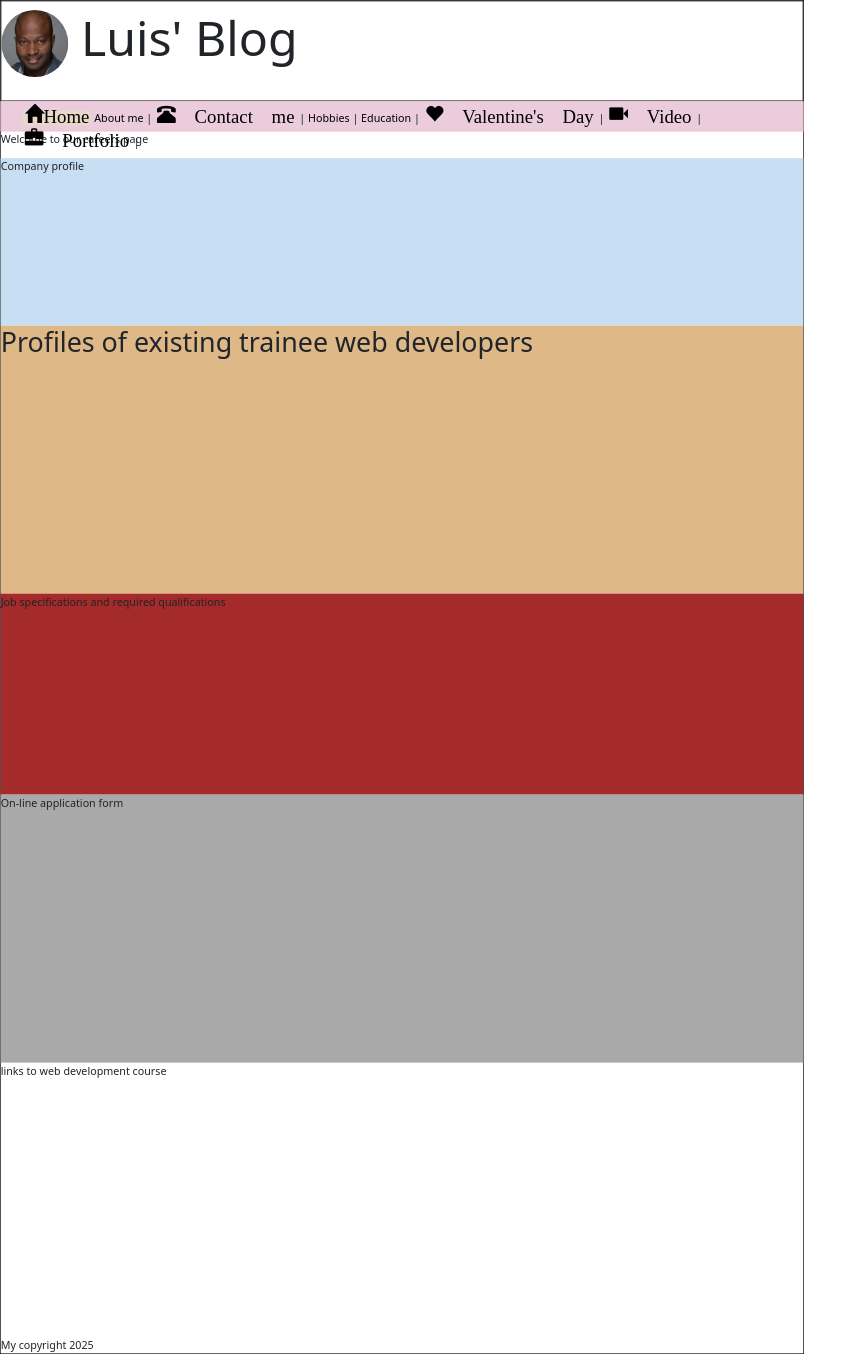
Repository: Apex-03/Apex-03.github.io
Page: careers.html
The author's editor kept a copy of each file at every save. The page is drawn from the files as they stood at one save, then again after the next save.
The browser window is 1280 px wide. The pictures show the whole page, at 67% of full size.

Above is the page before, as saved 2025-05-02 14:11:31.

### careers.html
<!doctype html>
<html lang="en-GB">

<head>
<meta charset="utf-8" />
<meta name="viewport" content="width=width-device, initial-scale=1 strink-to-fit=no" />
<meta description="Website development, Web design" />
<title>Luis's Blog </title>
<link rel="stylesheet" type="text/css" href="mycss/myblog.css" />
<script type="text/javascript" src="myjsfiles/mytasks.js"/> </script>

<link rel="stylesheet" type="text/css" href="my_bootstrap/css/bootstrap.min.css" />

<link rel="stylesheet" type="text/css" href="glyphicons-only-bootstrap/css/bootstrap.min.css" />

<script type="text/javascript" src="my_bootstrap/js/bootstrap.min.js" /> </script>

<script type="text/javascript" src="my_jquery/jquery-3.7.1.min.js" /> </script>




</head>
<body>
<div id="mypage">
<div id="banner"> <img src="images/luis_photo.jpg" alt="photo of Luis Ibhiabor" width="100" height="100"/> Luis' Blog</div>
<div id="topnav">
<ul>
<li class="hm"> <a href="#" class="glyphicon glyphicon-home gi-2x">Home</a></li>
<li> <a href="#"> About me </a> </li> |
<li> <a href="#" class="glyphicon glyphicon-phone-alt gi-2x"> Contact me </a> </li> |
<li> <a href="#"> Hobbies </a> </li> |
<li> <a href="#"> Education </a> </li> |
<li> <a href="#" class="glyphicon glyphicon-heart gi-2x"> Valentine's Day</a> </li> |
<li> <a href="#" class="glyphicon glyphicon glyphicon-facetime-video gi-2x"> Video </a> </li> |
<li> <a href="#" class="glyphicon glyphicon glyphicon-briefcase gi-2x"> Portfolio </a> </li> |


</ul>
</div>

<div id="contentarea">
<p> Welcome to our careers page</p>

<div class="company_profile"><p>Company profile</p></div>

<div class="current_trainees"><h1>Profiles of existing trainee web developers</h1></div>

<div class="job_spec"><p>Job specifications and required qualifications</p></div>
<div class="application_form"><p>On-line application form</p></div>

<div class="our_courses"><p>links to web development course</p></div>

 </div>

<div id="pagefooter"> My copyright 2025 </div>

</div>
</body>
</html>

### mycss/myblog.css

body {
background-color: #fff;
font-family: Arial, Helvetica, sans-serif;
}

#mypage {
border: 1px solid #000;
width: 1200px;
}

#banner {
height: 150px;
border: 1px solid #000;
}

#topnav {
height: 45px;
border: 1px solid #edbcca;
}

/*Improving it starts here*/
#topnav {
background-color: #eaccdc;

}

.gi-2x{font-size: 28px; padding: 3px;}
.gi-3x{font-size: 3em;}
.gi-4x{font-size: 4em;}
.gi-5x{font-size: 5em;}


#banner img {
border-radius: 50%;

/*height: 100px; width: 100px; background-color: #ff5733; margin: auto;*/
}

/*Improving it ends here*/


#topnav ul li{
text-decoration: none;
display: inline;
}

#topnav a:link {
text-decoration: none;
color: #000;
}

#topnav a:visited {
color: #caadce;
}

#topnav a:hover {
background-color: #000;
}

#contentarea {
height: 1800px;

}


#banner {
font-size: 450%;

}

.hm {
height: 25px;
background-color: #e8d8c8;
}

.application_form {
    width: 100%;
    height: 400px;
    background-color:darkgray;
}








/*
#topnav ul li {
text-decoration: none;
display: inline;

}

https://developers.google.com/fonts/docs/getting_started

#mypage {


border: 1px solid #000;
}

*/

.company_profile {
    width: 100%;
    height: 250px;
    background-color: #c8def2;
}

.current_trainees {
    width: 100%;
    height: 400px;
    background-color:burlywood;
}

.job_spec {
    width: 100%;
    height: 300px;
    background-color:brown;
}

### myjsfiles/mytasks.js
/*
document.write("Hello World!");
window.alert("Welcome to my blog!");
*/

Loaded but not shown: my_bootstrap/css/bootstrap.min.css (library); glyphicons-only-bootstrap/css/bootstrap.min.css (library); my_bootstrap/js/bootstrap.min.js (library); my_jquery/jquery-3.7.1.min.js (library)

After the next save:
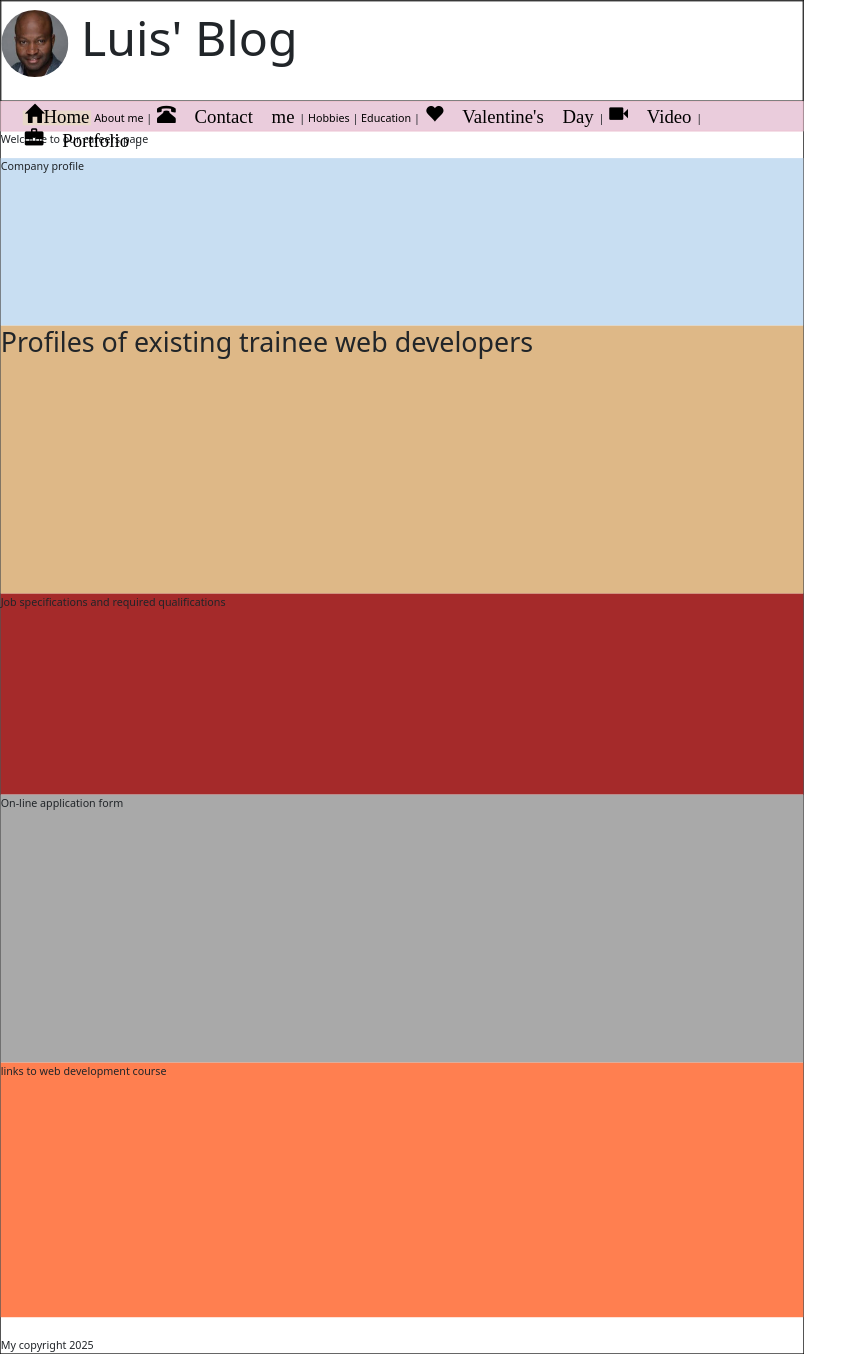
Saved 51 s later.
--- a/mycss/myblog.css
+++ b/mycss/myblog.css
@@ -80,6 +80,11 @@ background-color: #e8d8c8;
     background-color:darkgray;
 }
 
+.our_courses {
+    width: 100%;
+    height: 380px;
+    background-color: coral;
+}
 
 
 
